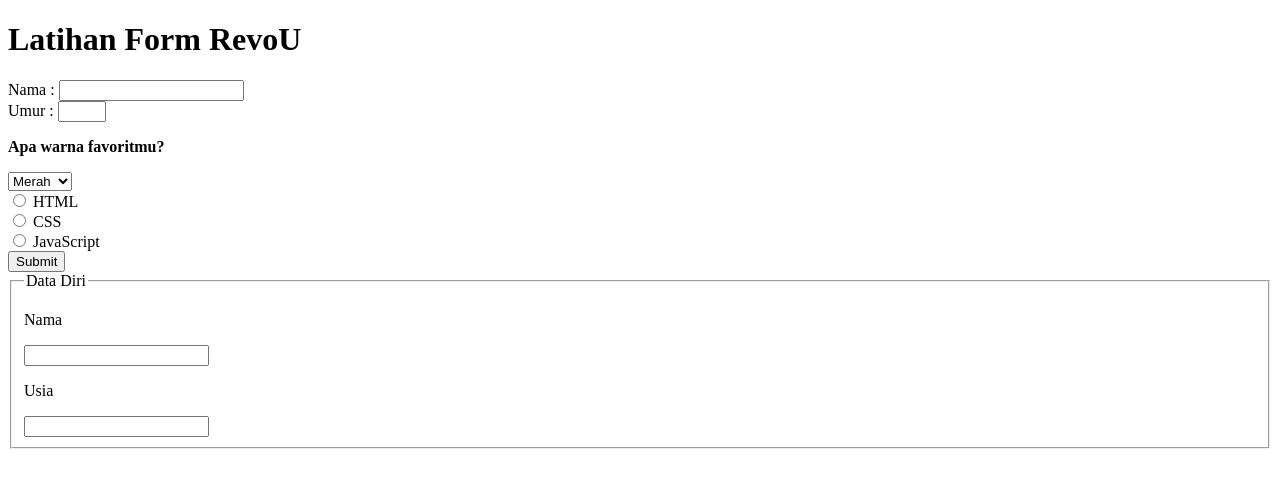
Repository: esramrsln/day2_RevoU
Page: form.html
An editor plug-in stored every save of this project. The page is shown before and after a run of saves, followed by the edit.
The browser window is 1280 px wide. The pictures show the whole page.

Above is the page before, as saved 2024-07-23 21:43:59.

After the next 3 saves:
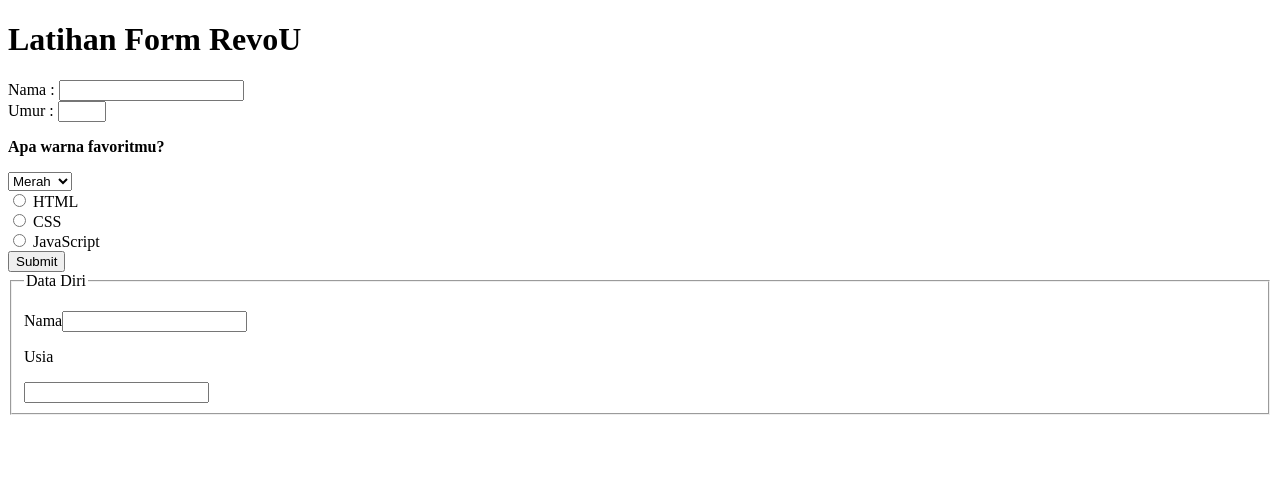
The 3 saves are shown as one change because they came seconds apart.
The last was saved 8 s later.
--- a/form.html
+++ b/form.html
@@ -36,8 +36,7 @@
 
     <fieldset>
         <legend>Data Diri</legend>
-        <p><label for="nama">Nama</label></p>
-        <input type="text" name="nama">
+        <p><label for="nama">Nama</label><input type="text" name="nama"></p>
         <p><label for="usia">Usia</label></p>
         <input type="number" name="usia">
     </fieldset>
